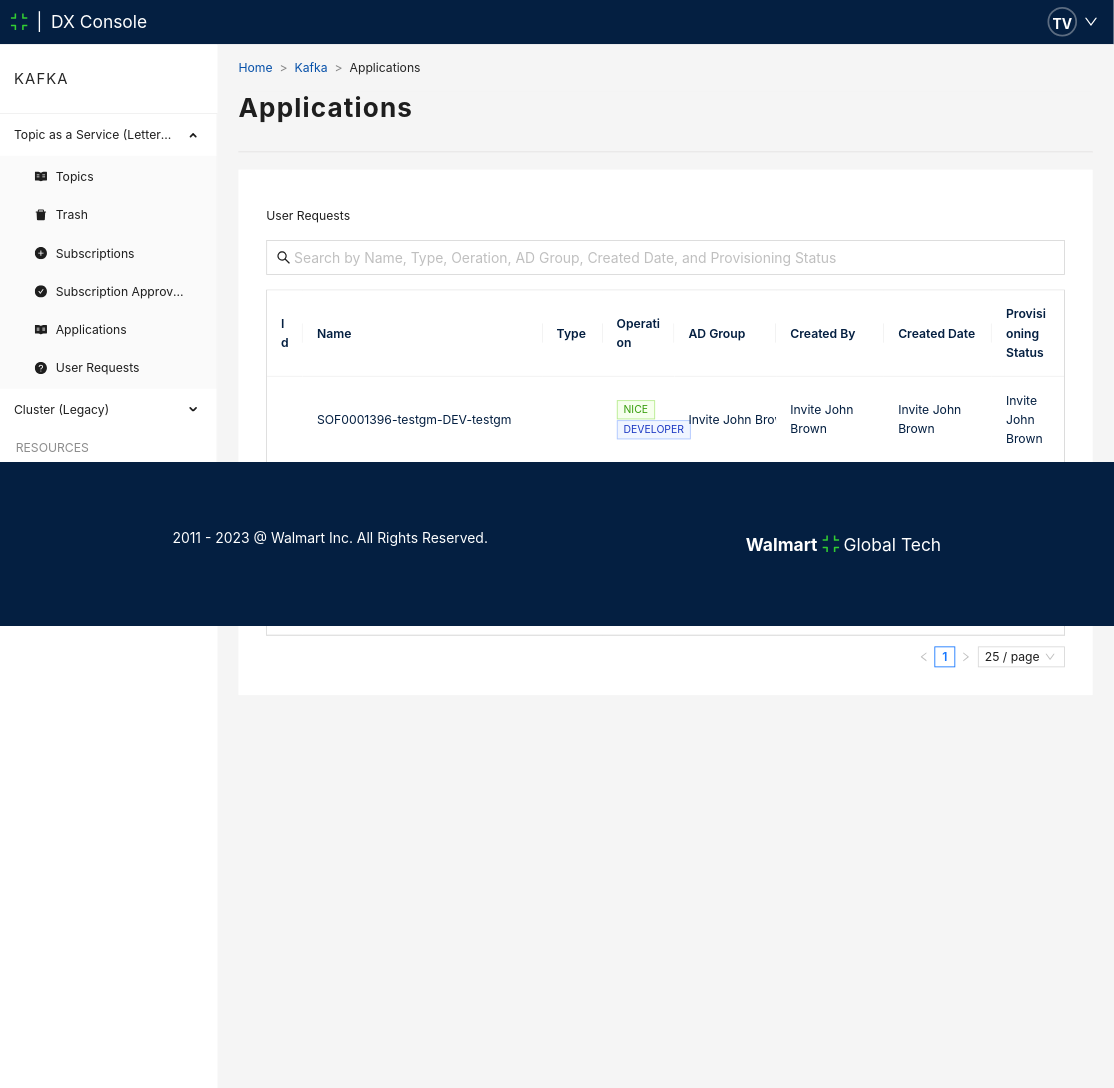
Repository: Qianying-Chai/kafka
Page: /kafka/requests
These files come from the project's save history. The page is drawn as it stood at one moment and after the next save; the edit follows.
The browser window is 1280 px wide. The pictures show the whole page, at 87% of full size.
The project was rebuilt for these pictures with package versions that can differ from the ones it lists, and the page was loaded fresh each time. Also part of the build but not shown: src/pages/Taas/Topics/Topics.jsx, src/pages/Taas/Trash/Style/Trash.css, src/pages/Taas/Trash/Trash.jsx, src/pages/Taas/SubscriptionApprovals/SubscriptionApprovals.jsx, src/pages/Taas/Subscriptions/SubscriptionsNonProxy/SubscriptionsNonProxy.jsx, src/pages/Taas/Subscriptions/SubscriptionsProxy/SubscriptionsProxy.jsx, src/pages/Taas/Applications/Applications.jsx, src/pages/Components/ComponentsCard.jsx and 6 more.

Above is the page before, as saved 2024-01-12 22:41:35.

After the next save:
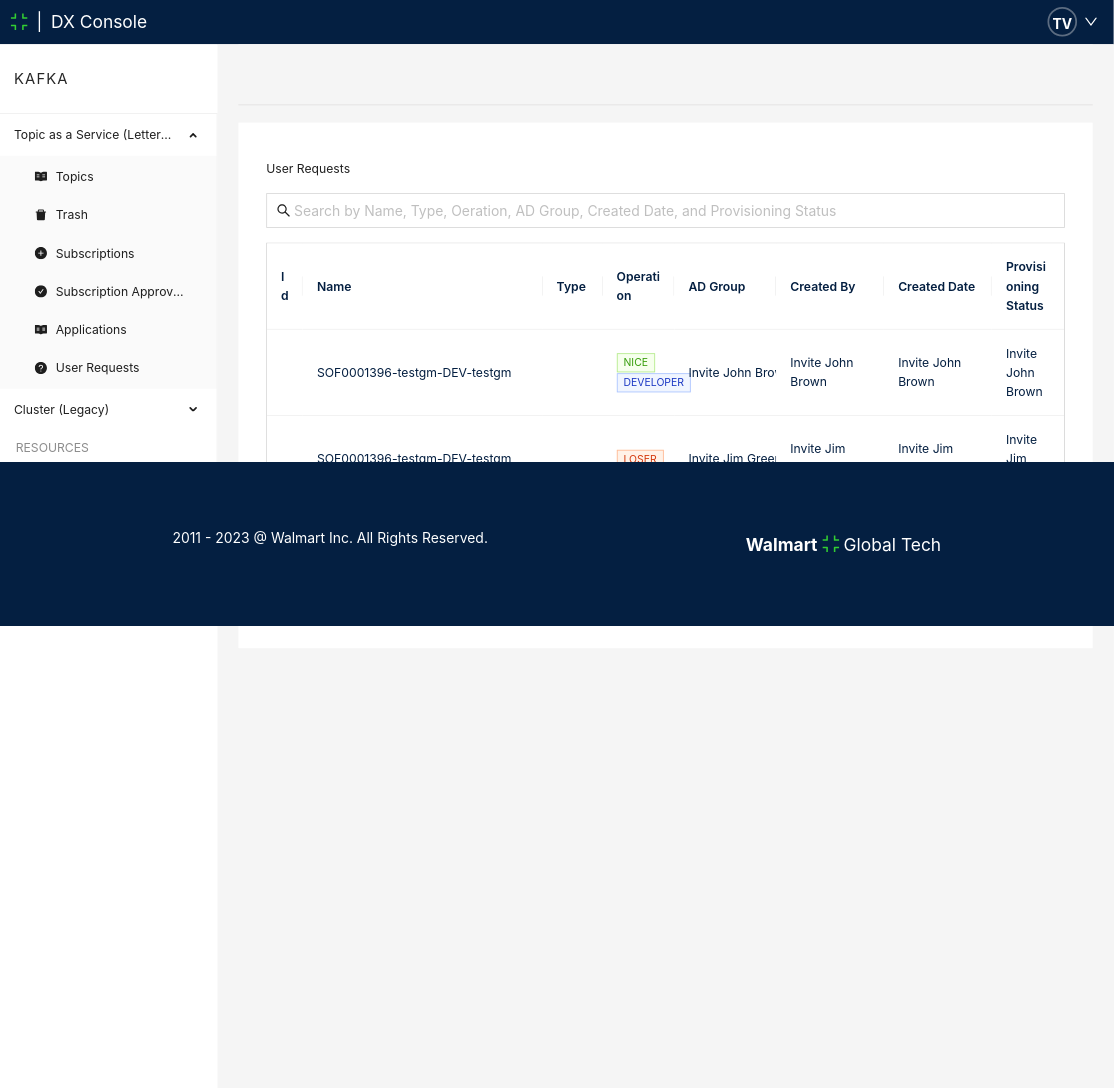
Saved 71 s later.
--- a/src/pages/Taas/UserRequests/UserRequests.jsx
+++ b/src/pages/Taas/UserRequests/UserRequests.jsx
@@ -126,7 +126,7 @@
   return (
     <>
       <div>
-        <ComponentsBreadcrumb
+        {/* <ComponentsBreadcrumb
           items={[
             {
               title: "Home",
@@ -138,9 +138,9 @@
               title: "Applications",
             },
           ]}
-        />
+        /> */}
         <div className="content-banner">
-          <ComponentsTitle title={categoryConstants.APPLICATIONS} />
+          {/* <ComponentsTitle title={categoryConstants.APPLICATIONS} /> */}
         </div>
       </div>
       {/* <ComponentsTitle title={categoryConstants.USER_REQUESTS}> */}
